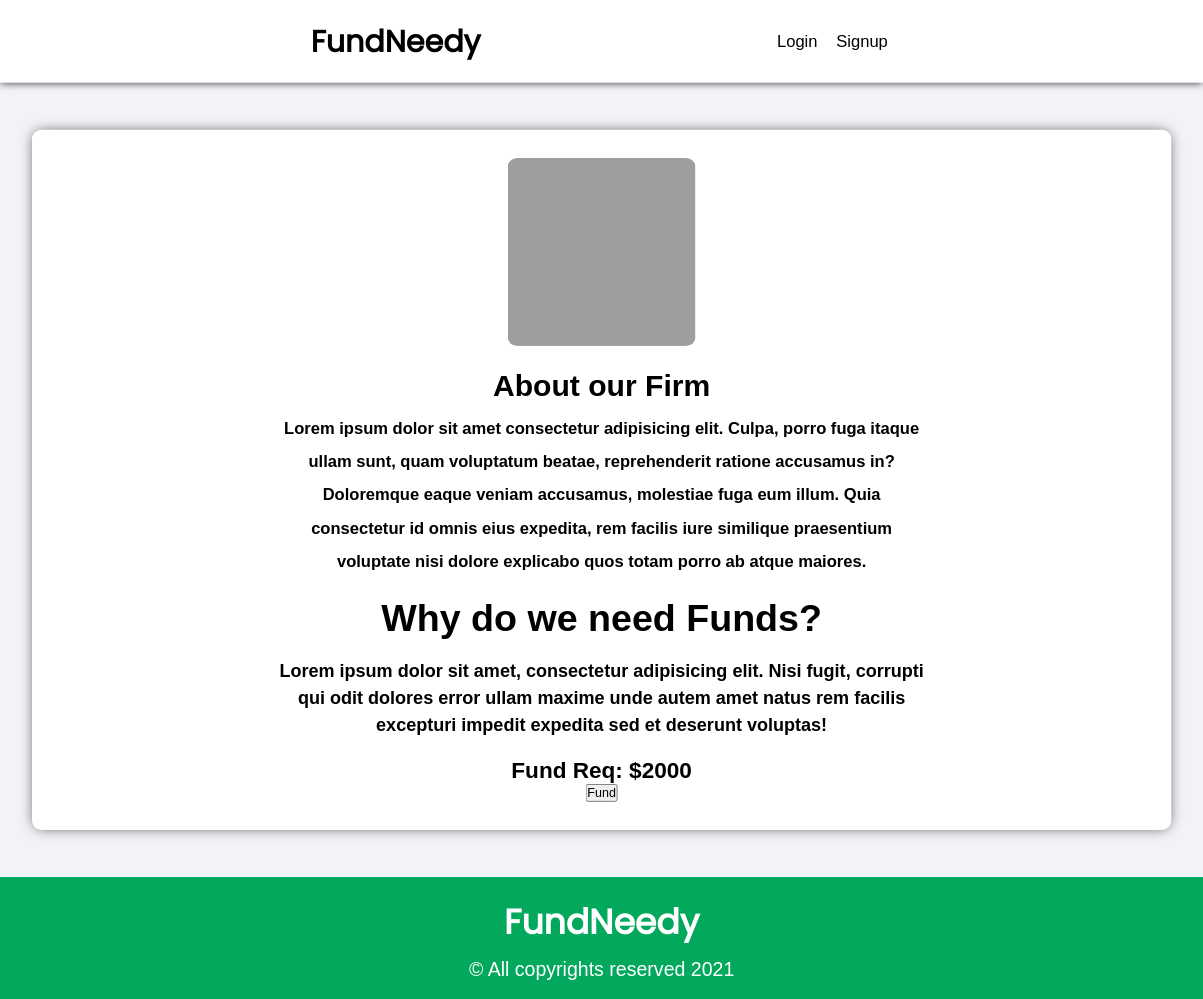
Repository: osdc/codejam
Page: /firmname (app in sassy-sandwiches/fund-needy/)
The author's editor kept a copy of each file at every save. The page is drawn from the files as they stood at one save, then again after the next save.
The browser window is 1280 px wide. The pictures show the whole page, at 94% of full size.
Pictures or frames that could not be fetched are drawn as grey boxes. The project was rebuilt for these pictures with package versions that can differ from the ones it lists, and the page was loaded fresh each time. Also part of the build but not shown: sassy-sandwiches/fund-needy/src/Showcase.css, sassy-sandwiches/fund-needy/src/Showcase.js, sassy-sandwiches/fund-needy/src/Needies.css, sassy-sandwiches/fund-needy/src/Needy.css, sassy-sandwiches/fund-needy/src/Needy.js, sassy-sandwiches/fund-needy/src/Needies.js.

Above is the page before, as saved 2021-01-09 22:23:47.

### sassy-sandwiches/fund-needy/public/index.html
<!DOCTYPE html>
<html lang="en">
  <head>
    <meta charset="utf-8" />
    <link rel="icon" href="%PUBLIC_URL%/favicon.ico" />
    <meta name="viewport" content="width=device-width, initial-scale=1" />
    <meta name="theme-color" content="#000000" />
    <meta
      name="description"
      content="Web site created using create-react-app"
    />
    <link rel="apple-touch-icon" href="%PUBLIC_URL%/logo192.png" />
    <link rel="manifest" href="%PUBLIC_URL%/manifest.json" />
    <title>FundNeedy</title>
  </head>
  <body>
    <noscript>You need to enable JavaScript to run this app.</noscript>
    <div id="root"></div>
  </body>
</html>

### sassy-sandwiches/fund-needy/src/App.js
import React from "react";
import "./App.css";
import Navbar from "./Navbar";
import Showcase from "./Showcase";
import Needies from "./Needies";
import Footer from "./Footer";
import { BrowserRouter as Router, Route, Switch } from "react-router-dom";
import FirmFund from "./FirmFund";

function App() {
  return (
    <div className="App">
      <Router>
        <Navbar />
        <Switch>
          <Route exact path="/" component={Showcase} />
          <Route path="/needies" component={Needies} />
          <Route path="/firmname" component={FirmFund} />
        </Switch>
        <Footer />
      </Router>
    </div>
  );
}

export default App;

### sassy-sandwiches/fund-needy/src/App.css
* {
  margin: 0;
  padding: 0;
  font-family: Arial, Helvetica, sans-serif;
}

body {
  background-color: #f3f2f8;
}

### sassy-sandwiches/fund-needy/src/Navbar.js
import React from "react";
import "./Navbar.css";

function Navbar() {
  return (
    <div className="navbar">
      <div className="navbar_logo">
        <h1>FundNeedy</h1>
      </div>
      <div className="navbar_login_signup">
        <button>Login</button>
        <button>Signup</button>
      </div>
    </div>
  );
}

export default Navbar;

### sassy-sandwiches/fund-needy/src/Footer.js
import React from "react";
import "./Footer.css";

function Footer() {
  return (
    <div className="footer">
      <h1>FundNeedy</h1>
      <p>© All copyrights reserved 2021</p>
    </div>
  );
}

export default Footer;

### sassy-sandwiches/fund-needy/src/FirmFund.js
import React from "react";
import "./FirmFund.css";

function FirmFund() {
  return (
    <div className="firmFund">
      <div className="firmFund_image">
        <img
          src="https://i.pinimg.com/originals/ba/fc/15/bafc1525cef9606c5c064694ca8e60fb.jpg"
          alt=""
        />
      </div>
      <div className="firmFund_about">
        <h2>About our Firm</h2>
        <p>
          Lorem ipsum dolor sit amet consectetur adipisicing elit. Culpa, porro
          fuga itaque ullam sunt, quam voluptatum beatae, reprehenderit ratione
          accusamus in? Doloremque eaque veniam accusamus, molestiae fuga eum
          illum. Quia consectetur id omnis eius expedita, rem facilis iure
          similique praesentium voluptate nisi dolore explicabo quos totam porro
          ab atque maiores.
        </p>
      </div>
      <div className="firmFund_need">
        <h2>Why do we need Funds?</h2>
        <p>
          Lorem ipsum dolor sit amet, consectetur adipisicing elit. Nisi fugit,
          corrupti qui odit dolores error ullam maxime unde autem amet natus rem
          facilis excepturi impedit expedita sed et deserunt voluptas!
        </p>
      </div>
      <div className="firmFund_fund">
        <h2>Fund Req: $2000</h2>
        <button>Fund</button>
      </div>
    </div>
  );
}

export default FirmFund;

### sassy-sandwiches/fund-needy/src/Navbar.css
@import url("https://fonts.googleapis.com/css2?family=Poppins&display=swap");

.navbar {
  display: flex;
  align-items: center;
  justify-content: space-evenly;
  padding: 20px;
  -webkit-box-shadow: 0px 1px 8px 0px rgba(0, 0, 0, 0.75);
  -moz-box-shadow: 0px 1px 8px 0px rgba(0, 0, 0, 0.75);
  box-shadow: 0px 1px 8px 0px rgba(0, 0, 0, 0.75);
  background-color: #fff;
  /* position: sticky; */
  top: 0;
  z-index: 10000;
}

.navbar_logo > h1 {
  font-family: "Poppins", sans-serif;
}

.navbar_login_signup {
  display: flex;
  align-items: center;
  justify-content: space-between;
}

.navbar_login_signup > button:nth-of-type(1) {
  margin-right: 10px;
}

.navbar_login_signup > button {
  padding: 5px;
  font-size: 1.1rem;
  outline: none;
  border: none;
  background-color: #fff;
  cursor: pointer;
  width: 100%;
}

### sassy-sandwiches/fund-needy/src/Footer.css
.footer {
  text-align: center;
  background-color: #02a95c;
  color: #fff;
  padding: 20px;
}

.footer > h1 {
  font-size: 2.3rem;
  font-family: "Poppins";
}

.footer > p {
  font-size: 1.3rem;
  font-weight: 400;
  margin-top: 10px;
}

### sassy-sandwiches/fund-needy/src/FirmFund.css
.firmFund {
  text-align: center;
  background-color: #fff;
  padding: 30px;
  width: 90%;
  margin: auto;
  margin-top: 50px;
  margin-bottom: 50px;
  border-radius: 10px;
  -webkit-box-shadow: 0px 0px 15px -3px rgba(0, 0, 0, 0.75);
  -moz-box-shadow: 0px 0px 15px -3px rgba(0, 0, 0, 0.75);
  box-shadow: 0px 0px 15px -3px rgba(0, 0, 0, 0.75);
}

.firmFund_image > img {
  height: 200px;
  width: 200px;
  border-radius: 10px;
}

.firmFund_about > h2 {
  font-size: 2rem;
  margin-top: 20px;
}

.firmFund_about > p {
  width: 60%;
  margin: auto;
  font-size: 1.1rem;
  font-weight: 600;
  margin-top: 10px;
  margin-bottom: 10px;
  line-height: 2;
}

.firmFund_need > h2 {
  font-size: 2.5rem;
  margin-top: 20px;
}

.firmFund_need > p {
  width: 60%;
  margin: auto;
  margin-top: 20px;
  margin-bottom: 20px;
  font-size: 1.2rem;
  font-weight: 700;
  line-height: 1.5;
}

Loaded but not shown: sassy-sandwiches/fund-needy/src/index.js (common file); sassy-sandwiches/fund-needy/src/index.css (common file)

After the next save:
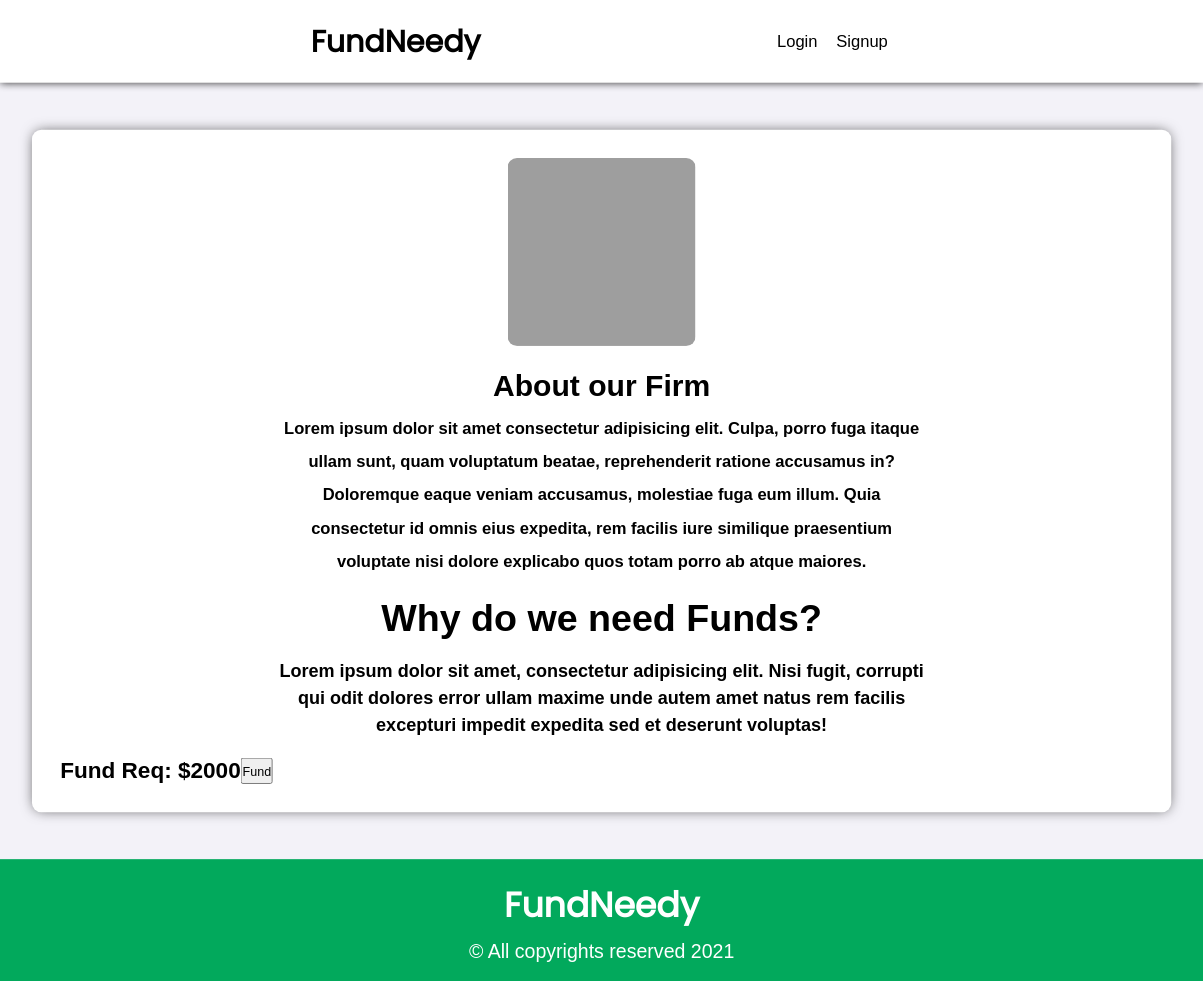
Saved 46 s later.
--- a/sassy-sandwiches/fund-needy/src/FirmFund.css
+++ b/sassy-sandwiches/fund-needy/src/FirmFund.css
@@ -47,3 +47,7 @@
   font-weight: 700;
   line-height: 1.5;
 }
+
+.firmFund_fund {
+  display: flex;
+}
